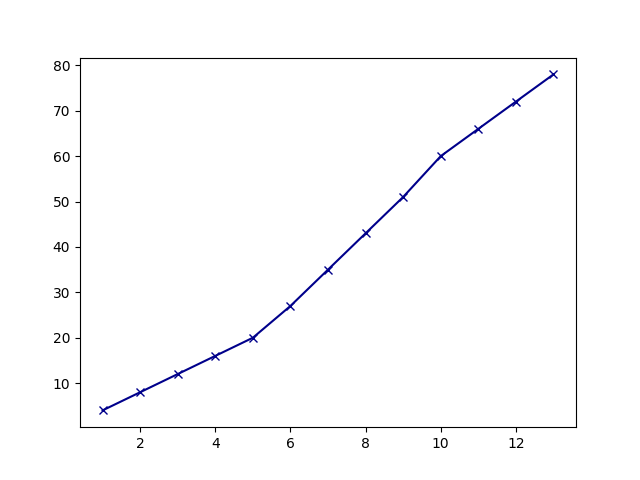
Repository: medenitunc/August-25-leanrning-Pyhton
Script's output: python Day02_04_Dv1.py
The author's editor kept a copy of each file at every save. The script's output is drawn from the files as they stood at one save, then again after the next save.
Random numbers start from a fixed seed.

Above is the script's output before, as saved 2025-11-26 14:44:56.

### Day02_04_Dv1.py
import pandas as pd

import matplotlib.pyplot as plt

df = pd.read_csv('Day02_SampleData.csv')
print(df)
# plt.plot(df)
plt.plot(df['Overs'], df['TeamA'],marker='x', label='TeamA' , color='darkblue')
plt.show()

### Day02_SampleData.csv
Overs,TeamA,TeamB
1,4,4
2,8,7
3,12,10
4,16,14
5,20,18
6,27,30
7,35,32
8,43,34
9,51,50
10,60,60
11,66,76
12,72,84
13,78,85

After the next save:
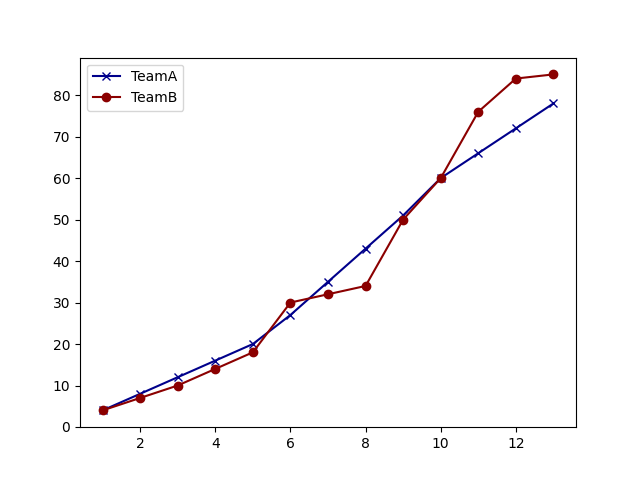
Saved 101 s later.
--- a/Day02_04_Dv1.py
+++ b/Day02_04_Dv1.py
@@ -6,4 +6,6 @@ df = pd.read_csv('Day02_SampleData.csv')
 print(df)
 # plt.plot(df)
 plt.plot(df['Overs'], df['TeamA'],marker='x', label='TeamA' , color='darkblue')
+plt.plot(df['Overs'], df['TeamB'],marker='o', label='TeamB' , color='darkred')
+plt.legend()
 plt.show()
